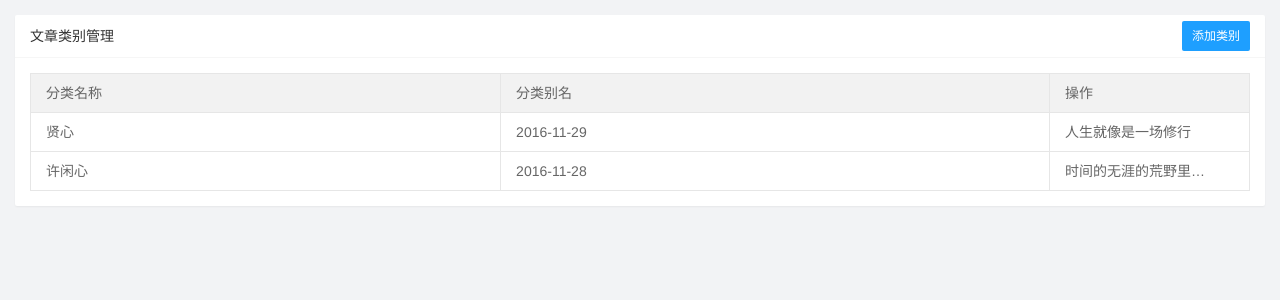
Repository: haloxxi/web_bigevent
Page: article/art-cate.html
The author's editor kept a copy of each file at every save. The page is drawn from the files as they stood at one save, then again after the next save.
The browser window is 1280 px wide. The pictures show the whole page.
The page's requests for data from a server got no answer.

Above is the page before, as saved 2022-06-27 15:12:31.
Console error: TypeError: Cannot read properties of undefined (reading 'status')

After the next save:
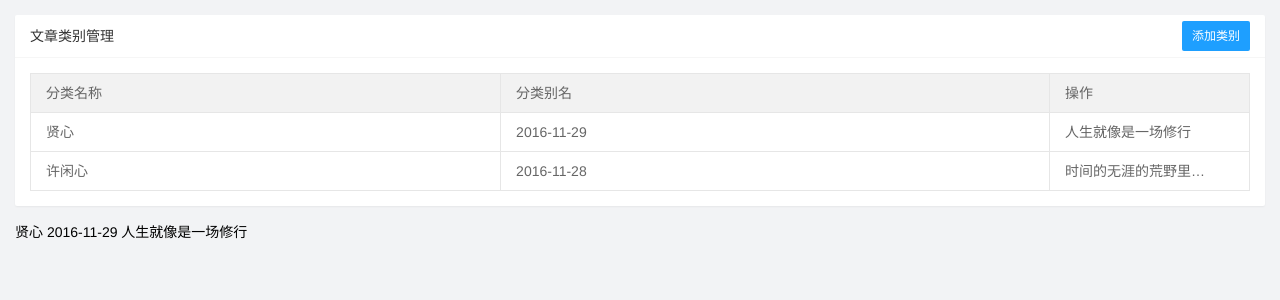
Saved 54 s later.
--- a/article/art-cate.html
+++ b/article/art-cate.html
@@ -50,8 +50,13 @@
             </table>
         </div>
     </div>
-
+    <!-- 这里是表格数据的模板 -->
     <script type="text/html" id="tpl-table"></script>
+    <tr>
+        <td>贤心</td>
+        <td>2016-11-29</td>
+        <td>人生就像是一场修行</td>
+    </tr>
 
 
     <script src="/assets/lib/layui/layui.all.js"></script>

After the 2 saves that followed:
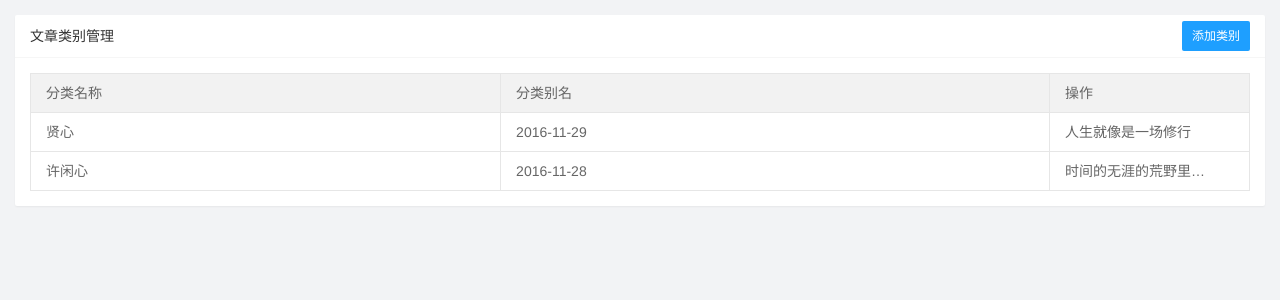
The 2 saves are shown as one change because 1 left the picture as it was.
The last was saved 5 min 32 s later.
--- a/article/art-cate.html
+++ b/article/art-cate.html
@@ -51,12 +51,16 @@
         </div>
     </div>
     <!-- 这里是表格数据的模板 -->
-    <script type="text/html" id="tpl-table"></script>
-    <tr>
-        <td>贤心</td>
-        <td>2016-11-29</td>
-        <td>人生就像是一场修行</td>
-    </tr>
+    <script type="text/html" id="tpl-table">
+        {{each data}}
+        <tr>
+            <td>贤心</td>
+            <td>2016-11-29</td>
+            <td>人生就像是一场修行</td>
+        </tr>
+        {{/each}}
+    </script>
+
 
 
     <script src="/assets/lib/layui/layui.all.js"></script>
--- a/assets/js/article/art-cade.js
+++ b/assets/js/article/art-cade.js
@@ -10,6 +10,7 @@ $(function() {
             url: '/my/article/cates',
             success: function(res) {
                 // console.log(res)
+                template('tpl-table', res)
             }
         })
     }
